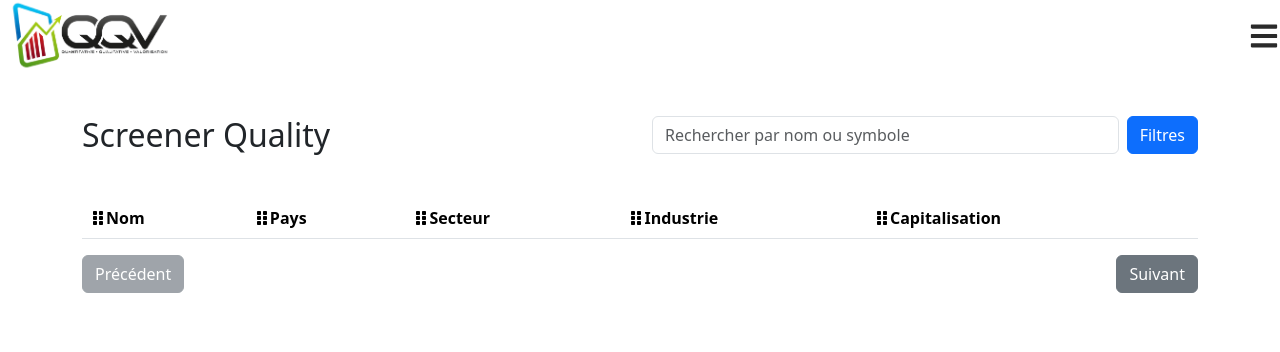
Repository: adamaadev/comeup
Page: / (app in admin/)
The author's editor kept a copy of each file at every save. The page is drawn from the files as they stood at one save, then again after the next save.
The browser window is 1280 px wide. The pictures show the whole page.
The page's requests for data from a server got no answer. The project was rebuilt for these pictures with package versions that can differ from the ones it lists, and the page was loaded fresh each time. No one was signed in, and anything a server would have sent is missing. Also part of the build but not shown: admin/src/pages/Auth/Login.js, admin/src/pages/Home/Watchlist.js, admin/src/pages/Home/Prix.js, admin/src/pages/Home/Douve.js, admin/src/pages/Home/Scenario.js, admin/src/pages/Services/Questions.js, admin/src/pages/Home/Analyse.js, admin/src/pages/Home/Foire.js and 9 more.

Above is the page before, as saved 2024-09-09 17:04:26.

### admin/public/index.html
<!DOCTYPE html>
<html lang="en">
  <head>
    <meta charset="utf-8" />
    <link rel="icon" href="%PUBLIC_URL%/favicon.ico" />
    <meta name="viewport" content="width=device-width, initial-scale=1" />
    <meta name="theme-color" content="#000000" />
    <meta
      name="description"
      content="Web site created using create-react-app"
    />
    <link rel="apple-touch-icon" href="%PUBLIC_URL%/logo192.png" />
    <link href='https://cdn.jsdelivr.net/npm/boxicons@2.0.9/css/boxicons.min.css' rel='stylesheet'>

    <!--
      manifest.json provides metadata used when your web app is installed on a
      user's mobile device or desktop. See https://developers.google.com/web/fundamentals/web-app-manifest/
    -->
    <link rel="manifest" href="%PUBLIC_URL%/manifest.json" />
    <!--
      Notice the use of %PUBLIC_URL% in the tags above.
      It will be replaced with the URL of the `public` folder during the build.
      Only files inside the `public` folder can be referenced from the HTML.

      Unlike "/favicon.ico" or "favicon.ico", "%PUBLIC_URL%/favicon.ico" will
      work correctly both with client-side routing and a non-root public URL.
      Learn how to configure a non-root public URL by running `npm run build`.
    -->
    <title>React App</title>
  </head>
  <body>
    <noscript>You need to enable JavaScript to run this app.</noscript>
    <div id="root"></div>
    <!--
      This HTML file is a template.
      If you open it directly in the browser, you will see an empty page.

      You can add webfonts, meta tags, or analytics to this file.
      The build step will place the bundled scripts into the <body> tag.

      To begin the development, run `npm start` or `yarn start`.
      To create a production bundle, use `npm run build` or `yarn build`.
    -->
  </body>
</html>

### admin/src/index.js
import React from 'react';
import App from './App';
import './pages/style/index.css';
import ReactDOM from 'react-dom/client';
import 'bootstrap/dist/css/bootstrap.min.css';

const root = ReactDOM.createRoot(document.getElementById('root'));
root.render(
    <App />
);

### admin/src/App.js
import React, { useEffect, useState } from 'react'
import axios from 'axios';
import Home from './pages/Home/Home';
import Login from './pages/Auth/Login';
import WatchList from './pages/Home/Watchlist';
import Details from './pages/Home/Details';
import Setting from './pages/Home/Setting';
import Forget from './pages/Auth/Forget';
import Screener from './pages/Home/Screener';
import ResetPassword from './pages/Auth/ResetPassword';
import Signup from './pages/Auth/Signup';
import Gestion from './pages/Home/Gestion';
import { BrowserRouter , Routes , Route , Navigate} from 'react-router-dom';
import Bareme from './pages/Home/Bareme';

export default function App() {
  const [auth, setauth] = useState(false);
  const type = "admin";

  axios.defaults.withCredentials = true;
  useEffect(() => {
    axios.post('http://localhost:4000/',{ type }).then(res => {
      if (res.data.success) {
        setauth(true);
      }
    });
  }, []);

  return (
    <BrowserRouter>
      <Routes>
        <Route path='/' element = { <Home/> }>
          <Route path='/' element = {<Screener/> }/>
          <Route path='/watchlist' element = {<WatchList/>}/>
          <Route path='/gestion' element = {<Gestion/>}/>
          <Route path='/details/:symbol' element = {<Details/>}/>
          <Route path='/compte' element = {<Setting/>}/>
          <Route path='/bareme' element={<Bareme/>}/>
        </Route>
        <Route path='/forget' element = {auth ? <Navigate to="/" /> : <Forget/>}/>
        <Route path='/reset-password/:token' element = {auth ? <Navigate to="/" /> : <ResetPassword/>}/>
        <Route path='/login' element = {auth ? <Navigate to="/" /> :<Login />}/>
        <Route path='*' element = { auth ? <Navigate to="/" /> : <Login />}/>
        <Route path='/signup' element = { auth ? <Navigate to="/" /> : <Signup />}/>
      </Routes>
    </BrowserRouter>
  )
}

### admin/src/pages/style/index.css
.active{
    color: red;
}

  .table th {
    height: 60px; /* Hauteur fixe pour les th */
  }

  @media (max-width: 768px) {
    .table-responsive {
      overflow-x: auto;
    }

    .table th, .table td {
      font-size: 14px;
      height: auto;
    }

    .company-logo {
      width: 40px;
      height: 40px;
    }
  }
  .text-center {
    text-align: center;
  }

  .symbol{
    font-weight: bold;
  }

.kilo{
    display: inline-block;
  }

  .sidebar {
    transform: translateX(100%);
    transition: transform 0.3s ease-in-out;
  }

  .sidebar.open {
    transform: translateX(0);
  }

  .header-shadow {
    box-shadow: 0 2px 4px rgba(0,0,0,.1);
  }

  header{
    width: 100% !important;
  }

  .company-logo {
    width: 50px;
    height: 50px;
  }

  .nav-link {
    color: #6c757d; /* Couleur des onglets inactifs */
    font-weight: bold;
  }

  .nav-link.active {
    color: #007bff; /* Couleur de l'onglet actif */
    border-bottom: 3px solid #007bff; /* Soulignement bleu pour l'onglet actif */
  }

  .nav-link:hover {
    color: #0056b3; /* Changement de couleur au survol */
  }

  button.btn {
    display: flex;
    align-items: center;
    gap: 5px;
  }
  .container {
    .company-name {
      font-size: 1.5rem;
      font-weight: bold;
    }
    .stock-price {
      font-size: 1.2rem;
      color: #666;
    }
    .nav-tabs {
      border-bottom: 2px solid #dee2e6;
      .nav-link {
        color: #000;
        &.active {
          font-weight: bold;
          color: #007bff;
          border-bottom: 3px solid #007bff;
        }
      }
    }
    .chart-section {
      width: 70%;
      padding-right: 20px;
    }
    .info-section {
      width: 30%;
      background-color: #f8f9fa;
      padding: 20px;
      height: max-content;
      border-radius: 5px;
    }
  }

  .chart-container {
    position: relative;
    display: flex;
    flex-direction: column;
    align-items: center;
  }

  .chart-wrapper {
    position: relative;
    width: 100%;
    height: 400px;
  }

  .logo-overlay {
    position: absolute;
    top: 50%;
    left: 50%;
    width: 150px;
    height: 150px;
    transform: translate(-50%, -50%);
    pointer-events: none;
  }

  .grid-container {
    display: flex;
    flex-wrap: wrap;
    gap: 20px; /* Espacement entre les colonnes */
  }

  .grid-container ul {
    list-style-type: none;
    padding: 0;
    margin: 0;
    width: 45%; /* Chaque liste prendra environ la moitié de la largeur */
  }

  .grid-container h2 {
    width: 100%; /* Les titres prendront toute la largeur */
  }

  li {
    margin-bottom: 10px; /* Espacement entre les éléments */
  }
  /* Header.css */

.header {
  position: fixed;
  top: 0;
  left: 0;
  width: 100%;
  height: 80px; /* Adjusted height */
  background-color: #fff;
  z-index: 1000;
  transition: box-shadow 0.3s ease-in-out;
}

.header-shadow {
  box-shadow: 0 4px 8px rgba(0, 0, 0, 0.1);
}

.header-logo {
  max-width: 180px;
  max-height: 80px; /* Adjusted height */
  display: block;
}

.header-menu-button {
  border: none;
  background: none;
  cursor: pointer;
}

.sidebar {
  min-width: 250px;
  z-index: 1000;
  transition: transform 0.3s ease-in-out;
}

.sidebar.open {
  transform: translateX(0);
}

.sidebar.closed {
  transform: translateX(100%);
}

.sidebar-button {
  border: none;
  background: none;
  cursor: pointer;
}

.sidebar-nav a {
  text-decoration: none;
  color: #2a2a2a;
  display: block;
  padding: 10px 15px;
  transition: background-color 0.2s ease-in-out;
}

.sidebar-nav a:hover {
  background-color: #f0f0f0;
}

### admin/src/pages/Home/Home.js
import { useState, useEffect } from 'react';
import axios from 'axios';
import logo from '../Assets/logo.jpg';
import { Link, NavLink, Outlet, useNavigate } from 'react-router-dom';
import { FaChevronDown, FaChevronUp, FaBars, FaTimes } from 'react-icons/fa';

export default function Home() {
  const type = "admin";
  const navigate = useNavigate();
  const [name, setName] = useState('');
  const [isMenuOpen, setIsMenuOpen] = useState(false);
  const [isSidebarOpen, setIsSidebarOpen] = useState(false);
  const [hasScrolled, setHasScrolled] = useState(false);

  useEffect(() => {
    axios.post('http://localhost:4000/', { type })
      .then(res => {
        setName(res.data.username);
        if (!res.data.success) {
          navigate('/login');
        }
      });
  }, [navigate]);

  useEffect(() => {
    const handleScroll = () => {
      if (window.scrollY > 0) {
        setHasScrolled(true);
      } else {
        setHasScrolled(false);
      }
    };

    window.addEventListener('scroll', handleScroll);
    return () => {
      window.removeEventListener('scroll', handleScroll);
    };
  }, []);

  const handleLogout = () => {
    axios.post('http://localhost:4000/logout', { type })
      .then(res => {
        if (res.data.success) {
          window.location.reload(true);
        }
      });
  };

  return (
    <div className="d-flex">
      <div className="flex-grow-1 p-3">
        <header className={`d-flex justify-content-between align-items-center py-3 ${hasScrolled ? 'header-shadow' : ''}`} style={{ position: 'fixed', top: 0, left: 0, width: '100%', height: "10%", backgroundColor: '#fff', zIndex: 1000 }}>
          <NavLink to="/" style={{ textDecoration: 'none' }}>
            <img src={logo} style={{ maxWidth: '180px', maxHeight: '180px', display: 'block', margin: '0 auto' }} alt="Logo" />
          </NavLink>
          <button onClick={() => setIsSidebarOpen(!isSidebarOpen)} className="btn btn-link p-0 d-flex align-items-center">
            <FaBars color='#2a2a2a' size={30} />
          </button>
        </header>
        <div style={{ marginTop: '100px' }}>
          <Outlet />
        </div>
      </div>
      {isSidebarOpen && (
        <aside className={`bg-light border-start p-3 position-fixed top-0 end-0 vh-100 sidebar ${isSidebarOpen ? 'open' : ''}`} style={{ minWidth: '250px', zIndex: '1000' }}>
          <button onClick={() => setIsSidebarOpen(false)} className="btn btn-link p-0 position-absolute top-0 end-0 m-3">
            <FaTimes size={30} />
          </button>
          <nav className="d-flex flex-column mt-5">
            <NavLink to={'/watchlist'} style={{ textDecoration: 'none' }} className="mb-3">Watchlist</NavLink>
            <NavLink to={'/bareme'} style={{ textDecoration: 'none' }} className="mb-3">Bareme</NavLink>
            <NavLink to={'/gestion'} style={{ textDecoration: 'none' }} className="mb-3">Emails Clients</NavLink>
            <NavLink to={'/compte'} style={{ textDecoration: 'none' }} className="mb-3">Compte</NavLink>
            <Link onClick={handleLogout} style={{ textDecoration: 'none' }} className="mb-3">Compte</Link>
          </nav>
        </aside>
      )}
    </div>
  );
}

Loaded but not shown: admin/src/pages/Home/Screener.js (395 lines, source omitted)

After the next save:
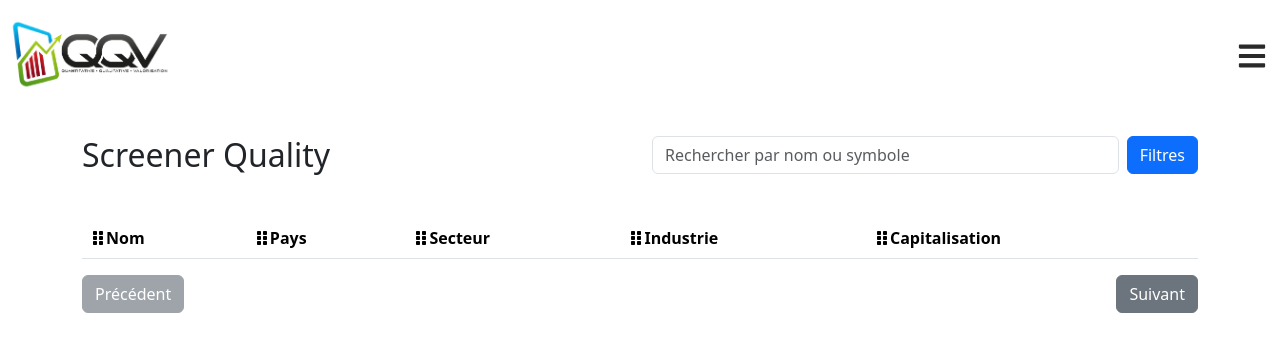
Saved 80 s later.
--- a/admin/src/pages/Home/Home.js
+++ b/admin/src/pages/Home/Home.js
@@ -2,13 +2,13 @@ import { useState, useEffect } from 'react';
 import axios from 'axios';
 import logo from '../Assets/logo.jpg';
 import { Link, NavLink, Outlet, useNavigate } from 'react-router-dom';
-import { FaChevronDown, FaChevronUp, FaBars, FaTimes } from 'react-icons/fa';
+import { FaBars, FaTimes } from 'react-icons/fa';
+import 'bootstrap/dist/css/bootstrap.min.css'; // Import Bootstrap CSS
 
 export default function Home() {
   const type = "admin";
   const navigate = useNavigate();
   const [name, setName] = useState('');
-  const [isMenuOpen, setIsMenuOpen] = useState(false);
   const [isSidebarOpen, setIsSidebarOpen] = useState(false);
   const [hasScrolled, setHasScrolled] = useState(false);
 
@@ -24,11 +24,7 @@ export default function Home() {
 
   useEffect(() => {
     const handleScroll = () => {
-      if (window.scrollY > 0) {
-        setHasScrolled(true);
-      } else {
-        setHasScrolled(false);
-      }
+      setHasScrolled(window.scrollY > 0);
     };
 
     window.addEventListener('scroll', handleScroll);
@@ -49,32 +45,30 @@ export default function Home() {
   return (
     <div className="d-flex">
       <div className="flex-grow-1 p-3">
-        <header className={`d-flex justify-content-between align-items-center py-3 ${hasScrolled ? 'header-shadow' : ''}`} style={{ position: 'fixed', top: 0, left: 0, width: '100%', height: "10%", backgroundColor: '#fff', zIndex: 1000 }}>
+        <header className={`d-flex justify-content-between align-items-center py-3 fixed-top w-100 ${hasScrolled ? 'shadow-sm' : ''} bg-white`}>
           <NavLink to="/" style={{ textDecoration: 'none' }}>
-            <img src={logo} style={{ maxWidth: '180px', maxHeight: '180px', display: 'block', margin: '0 auto' }} alt="Logo" />
+            <img src={logo} className="img-fluid" style={{ maxWidth: '180px', height: 'auto' }} alt="Logo" />
           </NavLink>
-          <button onClick={() => setIsSidebarOpen(!isSidebarOpen)} className="btn btn-link p-0 d-flex align-items-center">
+          <button onClick={() => setIsSidebarOpen(!isSidebarOpen)} className="btn btn-link d-flex align-items-center">
             <FaBars color='#2a2a2a' size={30} />
           </button>
         </header>
-        <div style={{ marginTop: '100px' }}>
+        <div className="mt-5 pt-5"> {/* Adjusted margin to avoid overlap */}
           <Outlet />
         </div>
       </div>
-      {isSidebarOpen && (
-        <aside className={`bg-light border-start p-3 position-fixed top-0 end-0 vh-100 sidebar ${isSidebarOpen ? 'open' : ''}`} style={{ minWidth: '250px', zIndex: '1000' }}>
-          <button onClick={() => setIsSidebarOpen(false)} className="btn btn-link p-0 position-absolute top-0 end-0 m-3">
-            <FaTimes size={30} />
-          </button>
-          <nav className="d-flex flex-column mt-5">
-            <NavLink to={'/watchlist'} style={{ textDecoration: 'none' }} className="mb-3">Watchlist</NavLink>
-            <NavLink to={'/bareme'} style={{ textDecoration: 'none' }} className="mb-3">Bareme</NavLink>
-            <NavLink to={'/gestion'} style={{ textDecoration: 'none' }} className="mb-3">Emails Clients</NavLink>
-            <NavLink to={'/compte'} style={{ textDecoration: 'none' }} className="mb-3">Compte</NavLink>
-            <Link onClick={handleLogout} style={{ textDecoration: 'none' }} className="mb-3">Compte</Link>
-          </nav>
-        </aside>
-      )}
+      <aside className={`bg-light border-start p-3 position-fixed top-0 end-0 vh-100 ${isSidebarOpen ? 'd-block' : 'd-none'} sidebar`}>
+        <button onClick={() => setIsSidebarOpen(false)} className="btn btn-link position-absolute top-0 end-0 m-3">
+          <FaTimes size={30} />
+        </button>
+        <nav className="d-flex flex-column mt-5">
+          <NavLink to={'/watchlist'} className="mb-3 text-dark" style={{ textDecoration: 'none' }}>Watchlist</NavLink>
+          <NavLink to={'/bareme'} className="mb-3 text-dark" style={{ textDecoration: 'none' }}>Bareme</NavLink>
+          <NavLink to={'/gestion'} className="mb-3 text-dark" style={{ textDecoration: 'none' }}>Emails Clients</NavLink>
+          <NavLink to={'/compte'} className="mb-3 text-dark" style={{ textDecoration: 'none' }}>Compte</NavLink>
+          <Link onClick={handleLogout} className="mb-3 text-dark" style={{ textDecoration: 'none' }}>Déconnexion</Link>
+        </nav>
+      </aside>
     </div>
   );
 }
